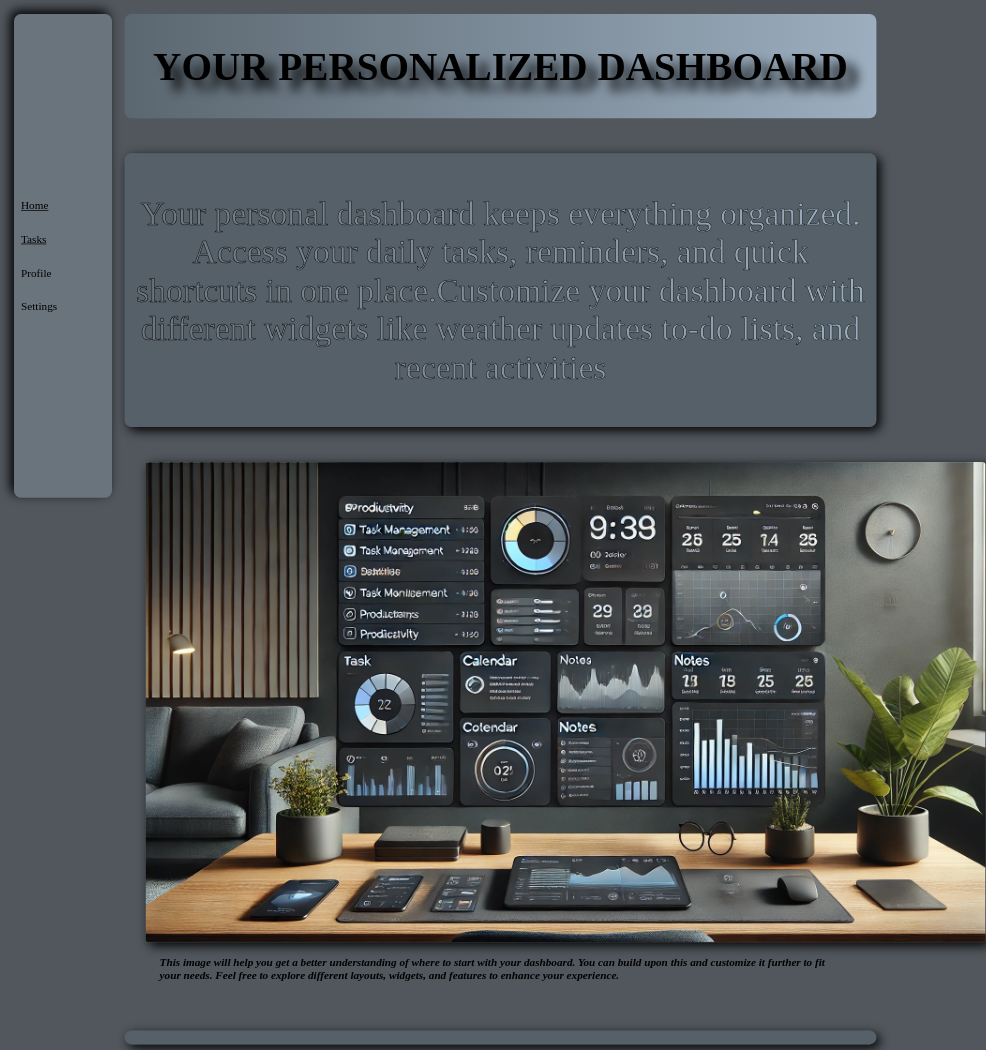
Repository: Parnicoza/testecomplete
Page: testcomplet-14.html
The author's editor kept a copy of each file at every save. The page is drawn from the files as they stood at one save, then again after the next save.
The browser window is 1280 px wide. The page is 1408 px wide, so the pictures cover 1408 px, including what lies to the right of the window. The pictures show the whole page, at 70% of full size.

Above is the page before, as saved 2025-02-28 13:08:43.

After the next save:
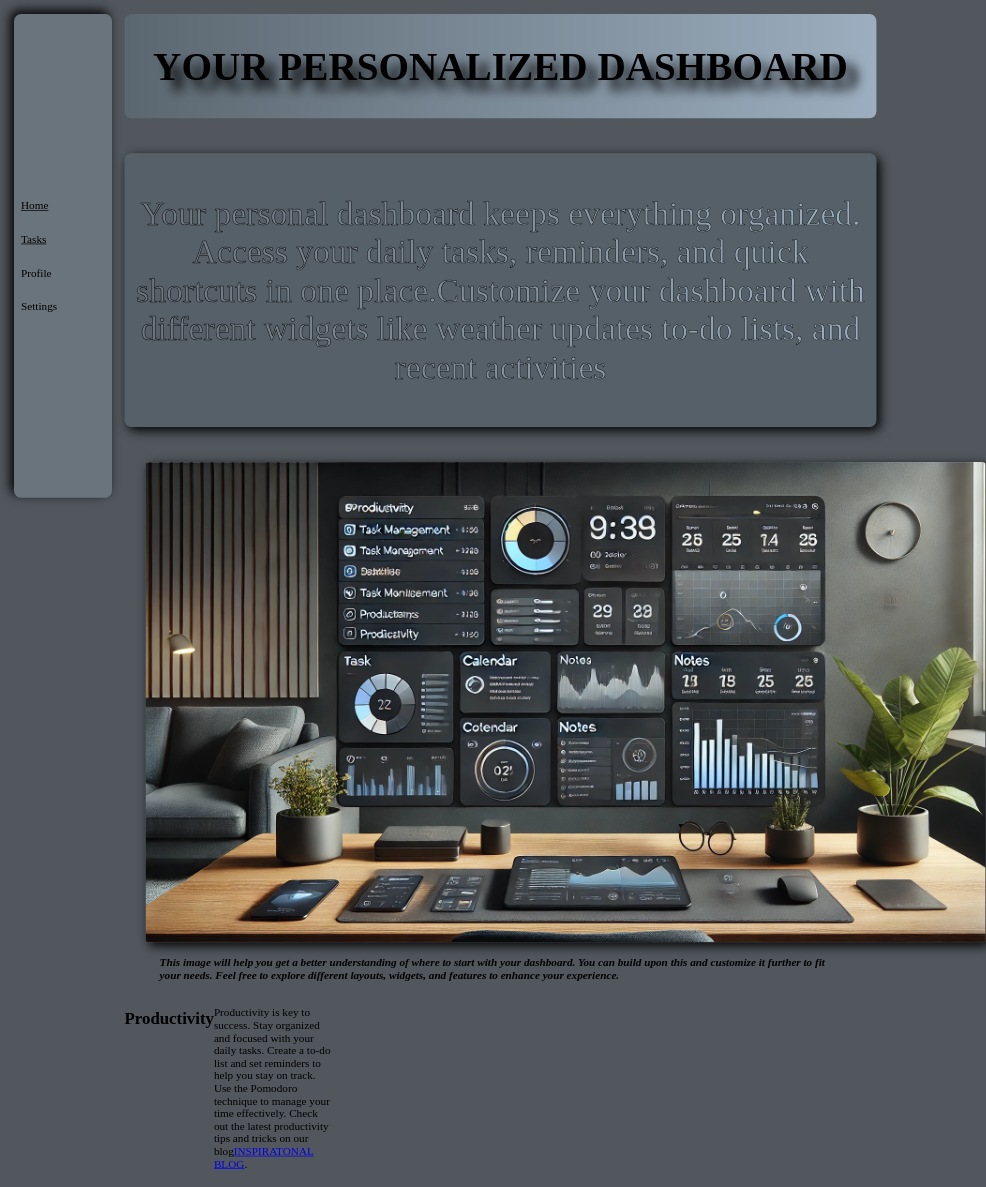
Saved 1 s later.
--- a/testcomplet-14.html
+++ b/testcomplet-14.html
@@ -44,8 +44,11 @@
         </div>
     </div>
 
-    <div class="thesamebackground">
-
+    <div class="block1">
+        <h2 class="headingforblock1">Productivity</h2>
+        <p class="paragraphforblock1">Productivity is key to success. Stay organized and focused with your daily tasks.
+            Create a to-do list and set reminders to help you stay on track. Use the Pomodoro technique to manage your
+            time effectively. Check out the latest productivity tips and tricks on our blog<a href="https://blog.productivity.directory/" target="_blank" title="Press here to find more tips and tricks">INSPIRATONAL BLOG</a>.</p>
     </div>
 </body>
 
